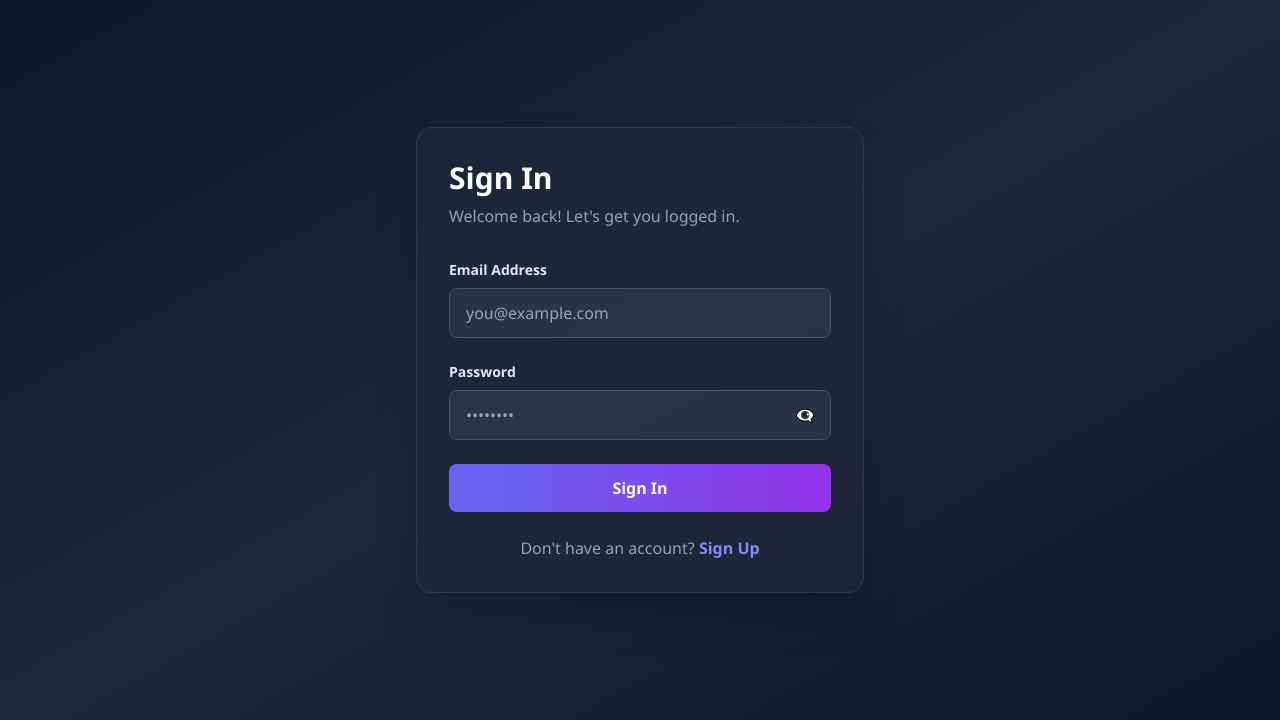
Repository: Nikhithapeddi/SocialMediaPlatform
Page: /dashboard (app in smp-frontend/)
An editor plug-in stored every save of this project. The page is shown before and after the next save, followed by the edit.
The browser window is 1280 px wide. The pictures show the whole page.
The project was rebuilt for these pictures with package versions that can differ from the ones it lists, and the page was loaded fresh each time. Also part of the build but not shown: smp-frontend/vite.config.js, smp-frontend/src/pages/LandingPage.jsx, smp-frontend/src/pages/SignupPage.jsx, smp-frontend/src/pages/DashboardPage.jsx.

Above is the page before, as saved 2025-11-14 16:23:42.

After the next save:
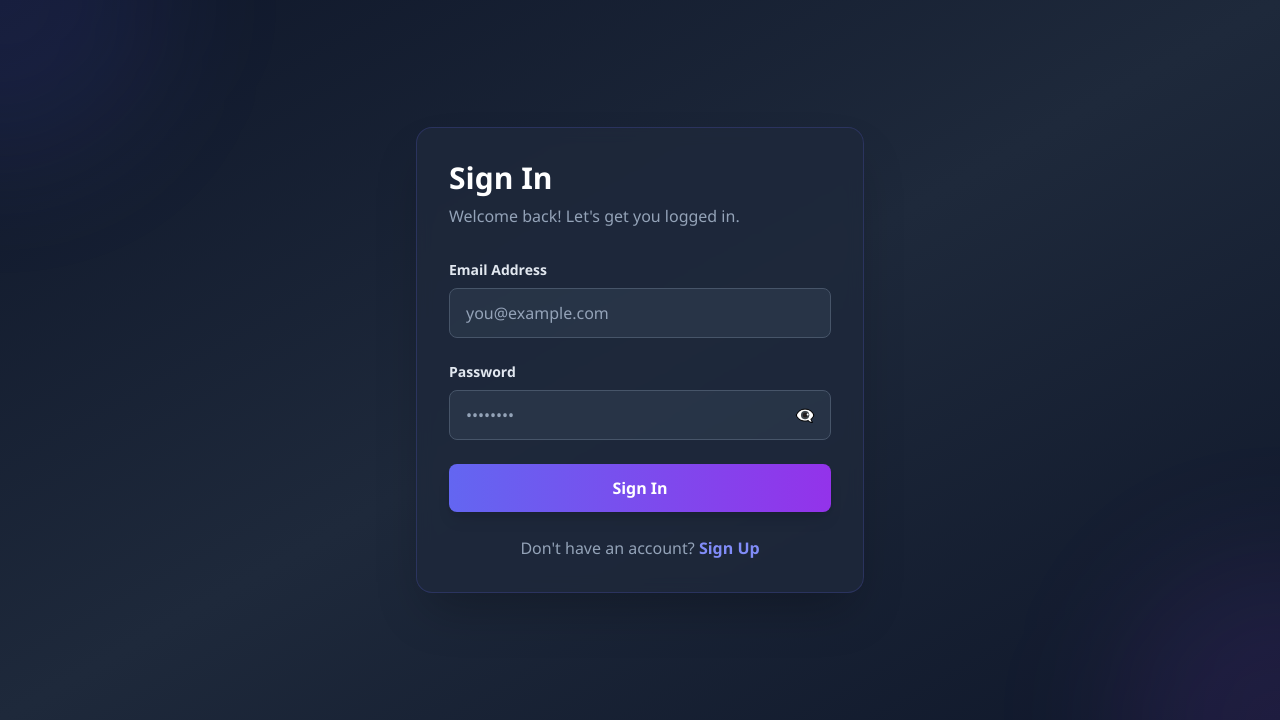
Saved 4 min 14 s later.
--- a/smp-frontend/src/pages/LoginPage.jsx
+++ b/smp-frontend/src/pages/LoginPage.jsx
@@ -33,7 +33,14 @@
       return;
     }
 
+    if (!/^[^\s@]+@[^\s@]+\.[^\s@]+$/.test(formData.email)) {
+      setError('Please enter a valid email');
+      setLoading(false);
+      return;
+    }
+
     try {
+      // Correct login API call
       const response = await axios.post('http://localhost:8082/users/login', {
         email: formData.email,
         password: formData.password,
@@ -47,15 +54,16 @@
         return;
       }
 
-      // Store full user object (already contains userId)
+      // Store the full user object (contains userId, username, email)
       localStorage.setItem("user", JSON.stringify(user));
 
       setFormData({ email: '', password: '' });
 
       // Redirect to dashboard
       navigate('/dashboard');
+
     } catch (err) {
-      setError("Login failed. Please check your credentials.");
+      setError(err.response?.data?.message || 'Login failed. Please check your credentials.');
       console.error('Login error:', err);
     } finally {
       setLoading(false);
@@ -65,82 +73,97 @@
   return (
     <div className="min-h-screen bg-gradient-to-br from-slate-900 via-slate-800 to-slate-900 flex items-center justify-center px-6 relative overflow-hidden">
 
+      {/* Background Elements */}
+      <div className="absolute inset-0 overflow-hidden">
+        <div className="absolute -top-40 -left-40 w-80 h-80 bg-indigo-500/10 rounded-full blur-3xl"></div>
+        <div className="absolute -bottom-40 -right-40 w-80 h-80 bg-purple-500/10 rounded-full blur-3xl"></div>
+      </div>
+
       {/* Right Side - Login Form */}
       <div className="w-full lg:w-1/2 max-w-md relative z-10">
         <div className="bg-slate-800/80 backdrop-blur border border-indigo-500/20 rounded-2xl p-8 shadow-2xl">
 
+          {/* Header */}
           <div className="mb-8">
             <h1 className="text-3xl font-black text-white mb-2">Sign In</h1>
             <p className="text-slate-400">Welcome back! Let's get you logged in.</p>
           </div>
 
+          {/* Form */}
           <form onSubmit={handleSubmit} className="space-y-6">
 
-            {/* Email */}
+            {/* Email Input */}
             <div>
-              <label className="block text-sm font-semibold text-slate-200 mb-2">
+              <label htmlFor="email" className="block text-sm font-semibold text-slate-200 mb-2">
                 Email Address
               </label>
               <input
                 type="email"
+                id="email"
                 name="email"
                 value={formData.email}
                 onChange={handleChange}
                 placeholder="you@example.com"
-                className="w-full px-4 py-3 rounded-lg bg-slate-700/50 border border-slate-600 text-white"
+                className="w-full px-4 py-3 rounded-lg bg-slate-700/50 border border-slate-600 text-white placeholder-slate-400 focus:outline-none focus:border-indigo-500 focus:ring-2 focus:ring-indigo-500/20 transition-all duration-300"
               />
             </div>
 
-            {/* Password */}
+            {/* Password Input */}
             <div>
-              <label className="block text-sm font-semibold text-slate-200 mb-2">
+              <label htmlFor="password" className="block text-sm font-semibold text-slate-200 mb-2">
                 Password
               </label>
               <div className="relative">
                 <input
                   type={showPassword ? 'text' : 'password'}
+                  id="password"
                   name="password"
                   value={formData.password}
                   onChange={handleChange}
                   placeholder="••••••••"
-                  className="w-full px-4 py-3 rounded-lg bg-slate-700/50 border border-slate-600 text-white"
+                  className="w-full px-4 py-3 rounded-lg bg-slate-700/50 border border-slate-600 text-white placeholder-slate-400 focus:outline-none focus:border-indigo-500 focus:ring-2 focus:ring-indigo-500/20 transition-all duration-300"
                 />
                 <button
                   type="button"
                   onClick={() => setShowPassword(!showPassword)}
-                  className="absolute right-4 top-1/2 transform -translate-y-1/2 text-slate-400"
+                  className="absolute right-4 top-1/2 transform -translate-y-1/2 text-slate-400 hover:text-slate-200 transition-colors"
                 >
                   {showPassword ? '👁️' : '👁️‍🗨️'}
                 </button>
               </div>
             </div>
 
+            {/* Error Message */}
             {error && (
               <div className="p-3 rounded-lg bg-red-500/10 border border-red-500/50 text-red-300 text-sm">
                 {error}
               </div>
             )}
 
+            {/* Submit Button */}
             <button
               type="submit"
               disabled={loading}
-              className="w-full py-3 rounded-lg font-bold text-white bg-gradient-to-r from-indigo-500 to-purple-600"
+              className="w-full py-3 rounded-lg font-bold text-white bg-gradient-to-r from-indigo-500 to-purple-600 hover:from-indigo-600 hover:to-purple-700 disabled:opacity-50 disabled:cursor-not-allowed transform hover:scale-105 transition-all duration-300 shadow-lg hover:shadow-xl"
             >
               {loading ? 'Signing In...' : 'Sign In'}
             </button>
 
           </form>
 
+          {/* Sign Up Link */}
           <p className="text-center text-slate-400 mt-6">
             Don't have an account?{' '}
-            <Link to="/signup" className="font-semibold text-indigo-400">
+            <Link
+              to="/signup"
+              className="font-semibold text-indigo-400 hover:text-indigo-300 transition-colors"
+            >
               Sign Up
             </Link>
           </p>
 
         </div>
       </div>
-
     </div>
   );
 }
